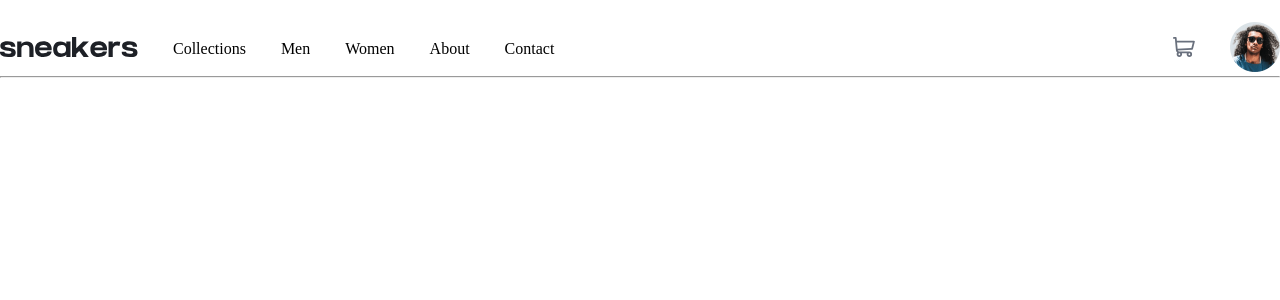
Repository: DevLaukey/ecommerce-design
Page: index.html
An editor plug-in stored every save of this project. The page is shown before and after a run of saves, followed by the edit.
The browser window is 1280 px wide. The pictures show the whole page.

Above is the page before, as saved 2022-05-15 16:55:42.

### index.html
<!DOCTYPE html>
<html lang="en">
  <head>
    <meta charset="UTF-8" />
    <meta http-equiv="X-UA-Compatible" content="IE=edge" />
    <meta name="viewport" content="width=device-width, initial-scale=1.0" />
    <title>Document</title>
    <link rel="stylesheet" href="./css/style.css" type="text/css" />
  </head>
  <body>
    <div class="landing">
    <div class="nav">
      <div class="logo">
        <svg width="138" height="20" xmlns="http://www.w3.org/2000/svg">
          <path
            d="M8.217 20c4.761 0 7.519-.753 7.519-4.606 0-3.4-3.38-4.172-6.66-4.682l-.56-.085-.279-.041-.35-.053c-2.7-.405-3.18-.788-3.18-1.471 0-.478.49-1.331 2.843-1.331 2.455 0 3.493.647 3.493 1.87v.134h4.281v-.133c0-2.389-1.35-5.238-7.774-5.238-5.952 0-7.201 2.584-7.201 4.752 0 3.097 2.763 4.086 7.223 4.675.21.028.433.054.659.081 1.669.197 3.172.42 3.172 1.585 0 1.01-1.615 1.222-3.298 1.222-2.797 0-3.784-.593-3.784-1.92v-.134H.002L0 14.926v.317c.008.79.118 1.913 1.057 2.862C2.303 19.362 4.712 20 8.217 20Zm13.21 0v-7.49c0-2.104.547-4.423 4.176-4.423 3.915 0 3.778 2.777 3.768 4.042V20h4.18v-7.768c0-2.264-.176-7.766-6.732-7.766-2.778 0-4.192.911-5.195 2.28h-.197V4.467H17.22V20h4.207Zm21.959 0c5.094 0 7.787-2.07 8.217-5.405H47.53c-.386 1.02-1.63 1.72-4.143 1.72-2.721 0-3.962-1.03-4.25-3.106h12.527c.24-2.13-.029-5.417-3.026-7.44v.005c-1.312-.915-3.056-1.465-5.251-1.465-5.24 0-8.336 2.772-8.336 7.845 0 5.17 3.02 7.846 8.336 7.846Zm4.099-9.574h-8.188c.486-1.574 1.764-2.431 4.089-2.431 2.994 0 3.755 1.267 4.099 2.431ZM70.499 20V4.457H66.29V6.74h-.176c-1.053-1.377-2.809-2.283-5.677-2.283-6.433 0-7.225 5.293-7.253 7.635v.137c0 2.092.732 7.771 7.241 7.771 2.914 0 4.684-.818 5.734-2.169h.131V20H70.5Zm-8.854-3.623c-3.996 0-4.447-3.032-4.447-4.148 0-1.21.426-4.148 4.455-4.148 3.631 0 4.374 2.044 4.374 4.148 0 2.35-.742 4.148-4.382 4.148ZM88.826 20l-6.529-9.045 6.588-6.488h-5.827l-6.836 6.756V0h-4.187v19.954h4.187V16.94l3.02-2.976L83.6 20h5.226Zm9.9 0c5.094 0 7.786-2.07 8.217-5.405h-4.074c-.387 1.02-1.63 1.72-4.143 1.72-2.721 0-3.962-1.03-4.25-3.106h12.527c.24-2.13-.029-5.417-3.026-7.44v.005c-1.312-.915-3.057-1.465-5.251-1.465-5.24 0-8.336 2.772-8.336 7.845 0 5.17 3.02 7.846 8.336 7.846Zm4.098-9.574h-8.187c.485-1.574 1.763-2.431 4.089-2.431 2.994 0 3.755 1.267 4.098 2.431ZM112.76 20v-6.97c0-2.103.931-4.542 4.05-4.542 1.33 0 2.393.236 2.785.346l.67-3.976c-.728-.16-1.626-.392-2.757-.392-2.665 0-3.622.794-4.486 2.282h-.262V4.466h-4.21V20h4.21Zm17.221 0c4.761 0 7.519-.753 7.519-4.606 0-3.4-3.38-4.172-6.66-4.682l-.56-.085-.279-.041-.349-.053c-2.701-.405-3.181-.788-3.181-1.471 0-.478.49-1.331 2.843-1.331 2.455 0 3.493.647 3.493 1.87v.134h4.282v-.133c0-2.389-1.35-5.238-7.775-5.238-5.952 0-7.201 2.584-7.201 4.752 0 3.097 2.763 4.086 7.224 4.675.21.028.432.054.658.081 1.669.197 3.172.42 3.172 1.585 0 1.01-1.615 1.222-3.298 1.222-2.796 0-3.784-.593-3.784-1.92v-.134h-4.319l-.001.301v.317c.008.79.117 1.913 1.056 2.862 1.246 1.257 3.655 1.895 7.16 1.895Z"
            fill="#1D2026"
            fill-rule="nonzero"
          />
        </svg>
      </div>
      <nav>
        <div class="nav-menu">
          <p class="options">Collections</p>
          <p class="options">Men</p>
          <p class="options">Women</p>
          <p class="options">About</p>
          <p class="options">Contact</p>
        </div>
        <div class="nav-icons">
          <div class="icon">
            <svg width="22" height="20" xmlns="http://www.w3.org/2000/svg">
              <path
                d="M20.925 3.641H3.863L3.61.816A.896.896 0 0 0 2.717 0H.897a.896.896 0 1 0 0 1.792h1l1.031 11.483c.073.828.52 1.726 1.291 2.336C2.83 17.385 4.099 20 6.359 20c1.875 0 3.197-1.87 2.554-3.642h4.905c-.642 1.77.677 3.642 2.555 3.642a2.72 2.72 0 0 0 2.717-2.717 2.72 2.72 0 0 0-2.717-2.717H6.365c-.681 0-1.274-.41-1.53-1.009l14.321-.842a.896.896 0 0 0 .817-.677l1.821-7.283a.897.897 0 0 0-.87-1.114ZM6.358 18.208a.926.926 0 0 1 0-1.85.926.926 0 0 1 0 1.85Zm10.015 0a.926.926 0 0 1 0-1.85.926.926 0 0 1 0 1.85Zm2.021-7.243-13.8.81-.57-6.341h15.753l-1.383 5.53Z"
                fill="#69707D"
                fill-rule="nonzero"
              />
            </svg>
          </div>
          <div class="avatar">
            <img height="50px" src="./assets/image-avatar.png" alt="" />
          </div>
        </div>
      </nav>
    </div>
    <hr />
    </div>
  </body>
</html>

### css/style.css
* {
  margin: 0;
  padding: 0;
  box-sizing: border-box;
}
.nav {
  display: flex;
  padding-top: 3vh;
  align-items: center;
}
nav {
  width: 100%;
  display: flex;
  align-items: center;
  justify-content: space-between;
}
.nav-menu {
  display: flex;
  margin-left: 35px;
  flex-direction: row;
}
.options {
  margin-right: 35px;
}
.nav-icons {
  display: flex;
  align-items: center;
}
.avatar {
  margin-left: 35px;
}

After the next 2 saves:
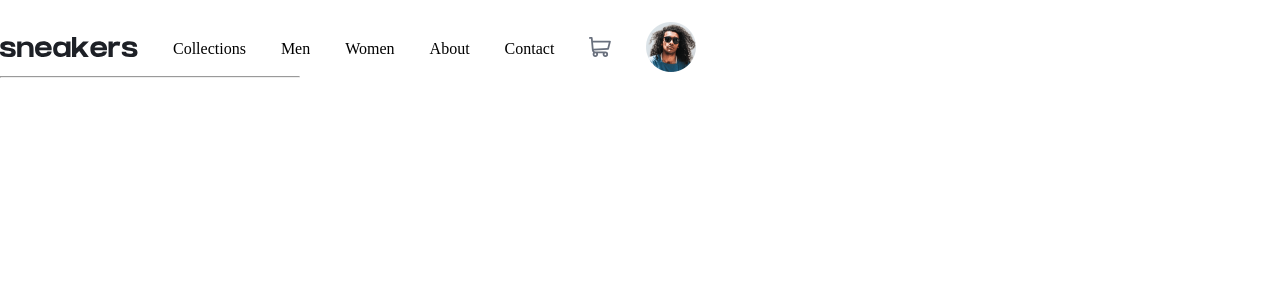
The 2 saves are shown as one change because they came seconds apart.
The last was saved 20 s later.
--- a/css/style.css
+++ b/css/style.css
@@ -29,3 +29,7 @@
 .avatar {
   margin-left: 35px;
 }
+
+.landing{
+    max-width: 300px;
+}
